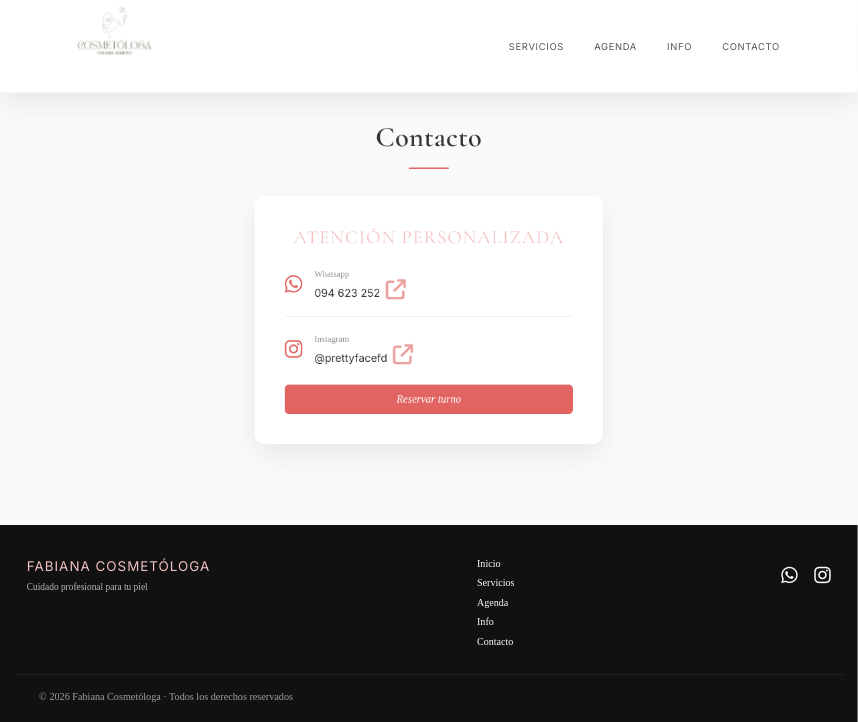
Repository: thiagobal1891-sudo/paginaweb
Page: pages/contacto.html
These files come from the project's save history. The page is drawn as it stood at one moment and after the next save; the edit follows.
The browser window is 1280 px wide. The pictures show the whole page, at 67% of full size.
Some web fonts or font styles are not loaded; a fallback is used.

Above is the page before, as saved 2026-03-17 12:07:52.
Console error: ReferenceError: emailjs is not defined

### pages/contacto.html
<!DOCTYPE html>
<html lang="es">
<head>
  <meta charset="UTF-8">
  <meta name="viewport" content="width=device-width, initial-scale=1.0">
  <title>Fabiana Cosmetóloga</title>
  <link rel="stylesheet" href="../css/style.css">
  <link rel="preconnect" href="https://fonts.googleapis.com">
  <link rel="preconnect" href="https://fonts.gstatic.com" crossorigin>
  <link
    href="https://fonts.googleapis.com/css2?family=Melodrama:wght@400;500;600;700&family=Inter:wght@100..900&family=Poppins:wght@100..900&family=Cormorant+Garamond:wght@300..700&display=swap"
    rel="stylesheet">
  <link rel="stylesheet" href="https://cdnjs.cloudflare.com/ajax/libs/font-awesome/6.5.0/css/all.min.css"
    crossorigin="anonymous" referrerpolicy="no-referrer" />
</head>

<body>
  <header>
    <div class="container">
      <a href="../index.html" class="logo">
        <img src="../media/logo.png"
  alt="Logo de la marca"
  loading="lazy"
  decoding="async">
      </a>
      <nav>
        <a href="servicios.html">SERVICIOS</a>
        <a href="agenda.html">AGENDA</a>
        <a href="info.html">INFO</a>
        <a href="contacto.html">CONTACTO</a>
      </nav>
    </div>
  </header>
<main>
<section id="contacto" class="appear">
<div class="section-title">
<h2>Contacto</h2>
</div>
<div class="container">
<div class="contact-card">
<h3>Atención personalizada</h3>
<div class="contact-item">
<i class="fa-brands fa-whatsapp"></i>
<div class="contact-info">
<span class="label">Whatsapp</span>
<a href="https://wa.me/59894623252"
target="_blank"
rel="noopener noreferrer"
class="valor">
094 623 252
<i class="fa-solid fa-arrow-up-right-from-square link-icon"></i>
</a>
</div>
</div>
<hr>
<div class="contact-item">
<i class="fa-brands fa-instagram"></i>
<div class="contact-info">
<span class="label">Instagram</span>
<a href="https://www.instagram.com/prettyfacefd"
target="_blank"
rel="noopener noreferrer"
class="valor">
@prettyfacefd
<i class="fa-solid fa-arrow-up-right-from-square link-icon"></i>
</a>
</div>
</div>
<a href="agenda.html#agenda-ya" class="btn-vermas">
Reservar turno
</a>
</div>
</div>

</section>
</main>
  <footer class="footer">
  <div class="footer-container">
    <div class="footer-brand">
      <h3>Fabiana Cosmetóloga</h3>
      <p>Cuidado profesional para tu piel</p>
    </div>
    <div class="footer-links">
      <a href="../index.html">Inicio</a>
      <a href="../pages/servicios.html">Servicios</a>
      <a href="../pages/agenda.html">Agenda</a>
      <a href="../pages/info.html">Info</a>
      <a href="../pages/contacto.html">Contacto</a>
    </div>
    <div class="footer-social">
      <a href="https://wa.me/59894623252" target="_blank">
        <i class="fa-brands fa-whatsapp"></i>
      </a>
      <a href="https://www.instagram.com/prettyfacefd" target="_blank">
        <i class="fa-brands fa-instagram"></i>
      </a>
    </div>
  </div>
  <div class="footer-bottom">
    <p>© 2026 Fabiana Cosmetóloga · Todos los derechos reservados</p>
  </div>
</footer>
  <script src="https://cdn.jsdelivr.net/npm/emailjs-com@3/dist/email.min.js"></script>
  <script src="../script.js" defer></script>
</body>

</html>

Loaded but not shown: script.js (129 lines, source omitted); css/style.css (1100 lines, source omitted)

After the next save:
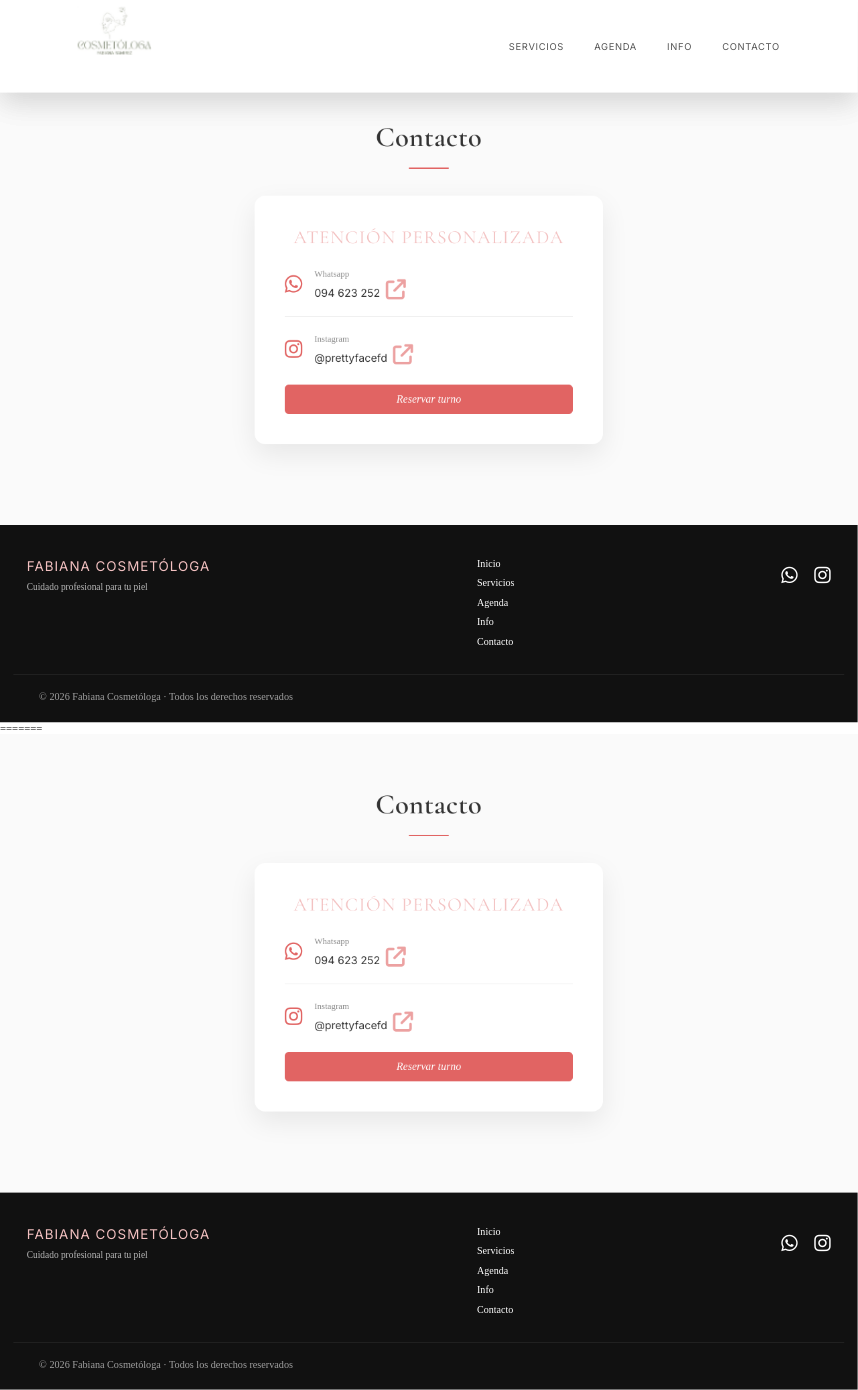
Saved 5 s later.
--- a/pages/contacto.html
+++ b/pages/contacto.html
@@ -1,3 +1,4 @@
+
 <!DOCTYPE html>
 <html lang="es">
 <head>
@@ -104,4 +105,110 @@ Reservar turno
   <script src="../script.js" defer></script>
 </body>
 
+=======
+<!DOCTYPE html>
+<html lang="es">
+<head>
+  <meta charset="UTF-8">
+  <meta name="viewport" content="width=device-width, initial-scale=1.0">
+  <title>Fabiana Cosmetóloga</title>
+  <link rel="stylesheet" href="../css/style.css">
+  <link rel="preconnect" href="https://fonts.googleapis.com">
+  <link rel="preconnect" href="https://fonts.gstatic.com" crossorigin>
+  <link
+    href="https://fonts.googleapis.com/css2?family=Melodrama:wght@400;500;600;700&family=Inter:wght@100..900&family=Poppins:wght@100..900&family=Cormorant+Garamond:wght@300..700&display=swap"
+    rel="stylesheet">
+  <link rel="stylesheet" href="https://cdnjs.cloudflare.com/ajax/libs/font-awesome/6.5.0/css/all.min.css"
+    crossorigin="anonymous" referrerpolicy="no-referrer" />
+</head>
+
+<body>
+  <header>
+    <div class="container">
+      <a href="../index.html" class="logo">
+        <img src="../media/logo.png"
+  alt="Logo de la marca"
+  loading="lazy"
+  decoding="async">
+      </a>
+      <nav>
+        <a href="servicios.html">SERVICIOS</a>
+        <a href="agenda.html">AGENDA</a>
+        <a href="info.html">INFO</a>
+        <a href="contacto.html">CONTACTO</a>
+      </nav>
+    </div>
+  </header>
+<main>
+<section id="contacto" class="appear">
+<div class="section-title">
+<h2>Contacto</h2>
+</div>
+<div class="container">
+<div class="contact-card">
+<h3>Atención personalizada</h3>
+<div class="contact-item">
+<i class="fa-brands fa-whatsapp"></i>
+<div class="contact-info">
+<span class="label">Whatsapp</span>
+<a href="https://wa.me/59894623252"
+target="_blank"
+rel="noopener noreferrer"
+class="valor">
+094 623 252
+<i class="fa-solid fa-arrow-up-right-from-square link-icon"></i>
+</a>
+</div>
+</div>
+<hr>
+<div class="contact-item">
+<i class="fa-brands fa-instagram"></i>
+<div class="contact-info">
+<span class="label">Instagram</span>
+<a href="https://www.instagram.com/prettyfacefd"
+target="_blank"
+rel="noopener noreferrer"
+class="valor">
+@prettyfacefd
+<i class="fa-solid fa-arrow-up-right-from-square link-icon"></i>
+</a>
+</div>
+</div>
+<a href="agenda.html#agenda-ya" class="btn-vermas">
+Reservar turno
+</a>
+</div>
+</div>
+
+</section>
+</main>
+  <footer class="footer">
+  <div class="footer-container">
+    <div class="footer-brand">
+      <h3>Fabiana Cosmetóloga</h3>
+      <p>Cuidado profesional para tu piel</p>
+    </div>
+    <div class="footer-links">
+      <a href="../index.html">Inicio</a>
+      <a href="../pages/servicios.html">Servicios</a>
+      <a href="../pages/agenda.html">Agenda</a>
+      <a href="../pages/info.html">Info</a>
+      <a href="../pages/contacto.html">Contacto</a>
+    </div>
+    <div class="footer-social">
+      <a href="https://wa.me/59894623252" target="_blank">
+        <i class="fa-brands fa-whatsapp"></i>
+      </a>
+      <a href="https://www.instagram.com/prettyfacefd" target="_blank">
+        <i class="fa-brands fa-instagram"></i>
+      </a>
+    </div>
+  </div>
+  <div class="footer-bottom">
+    <p>© 2026 Fabiana Cosmetóloga · Todos los derechos reservados</p>
+  </div>
+</footer>
+  <script src="https://cdn.jsdelivr.net/npm/emailjs-com@3/dist/email.min.js"></script>
+  <script src="../script.js" defer></script>
+</body>
 </html>
